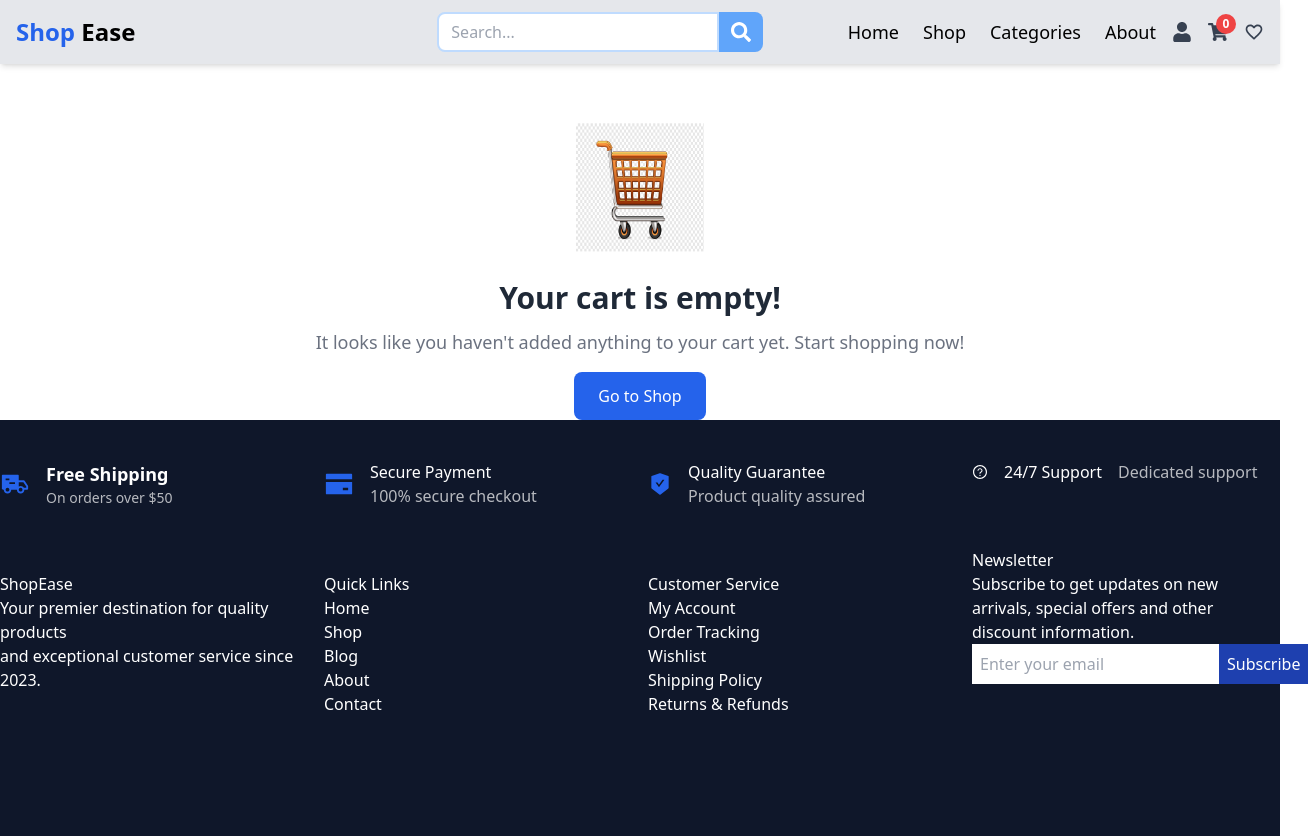
Repository: Muyassar-Mamdoh-Salem/project
Page: /cart
The author's editor kept a copy of each file at every save. The page is drawn from the files as they stood at one save, then again after a run of saves.
The browser window is 1280 px wide. The page is 1308 px wide, so the pictures cover 1308 px, including what lies to the right of the window. The pictures show the whole page.
The project was rebuilt for these pictures with package versions that can differ from the ones it lists, and the page was loaded fresh each time. Also part of the build but not shown: vite.config.js, src/pages/Sign.jsx, src/pages/Products.jsx, src/pages/Banner.jsx, src/components/Home.jsx, src/components/Shop.jsx, src/components/About.jsx, src/components/Categories.jsx and 2 more.

Above is the page before, as saved 2025-05-20 21:03:47.

After the next 2 saves:
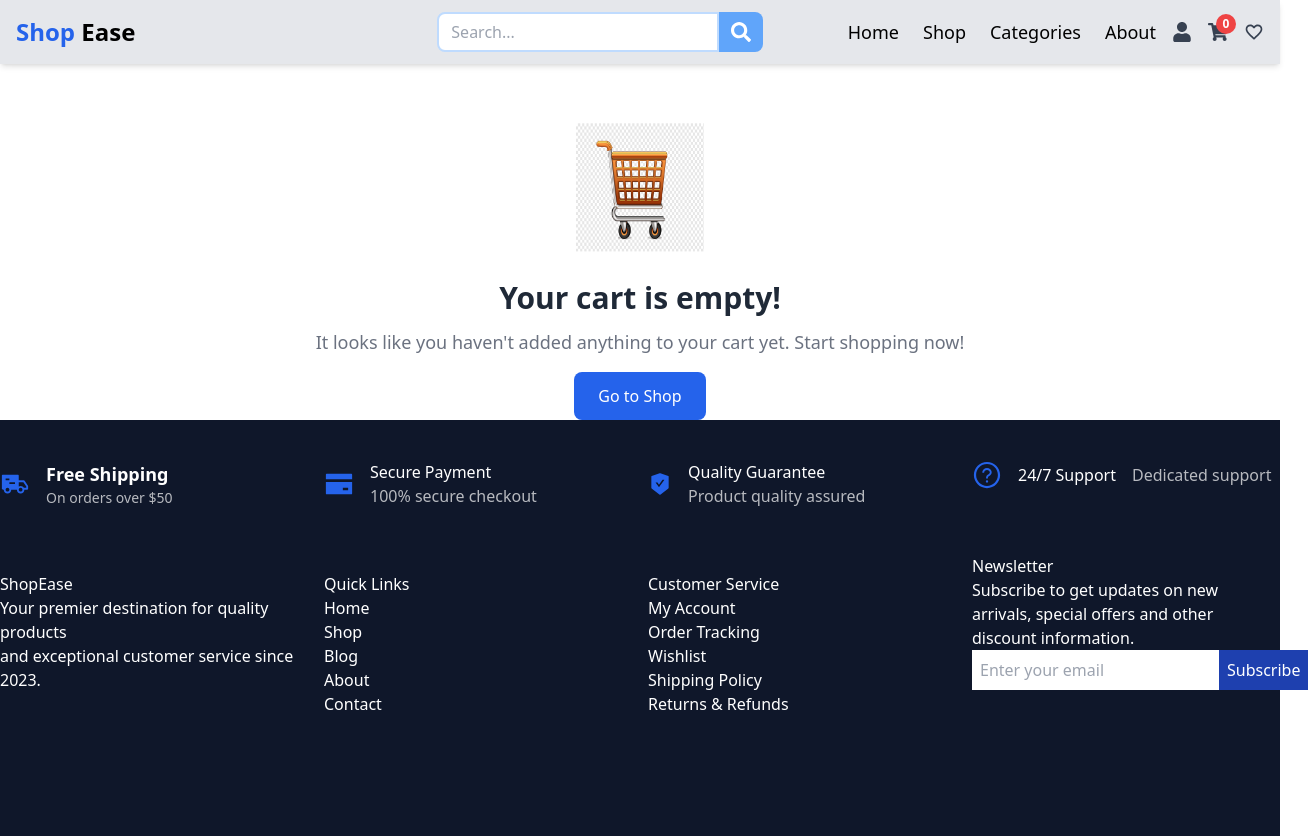
The 2 saves are shown as one change because they came seconds apart.
The last was saved 5 s later.
--- a/src/components/Footer.jsx
+++ b/src/components/Footer.jsx
@@ -77,7 +77,7 @@ const Footer = () => {
 
         <div >
 <div className='flex items-center gap-4'>
-            <AiOutlineQuestionCircle  />
+            <AiOutlineQuestionCircle className='text-3xl text-blue-600' />
 
           <h3>24/7 Support</h3><p className='opacity-70'>Dedicated support</p>
         </div>
